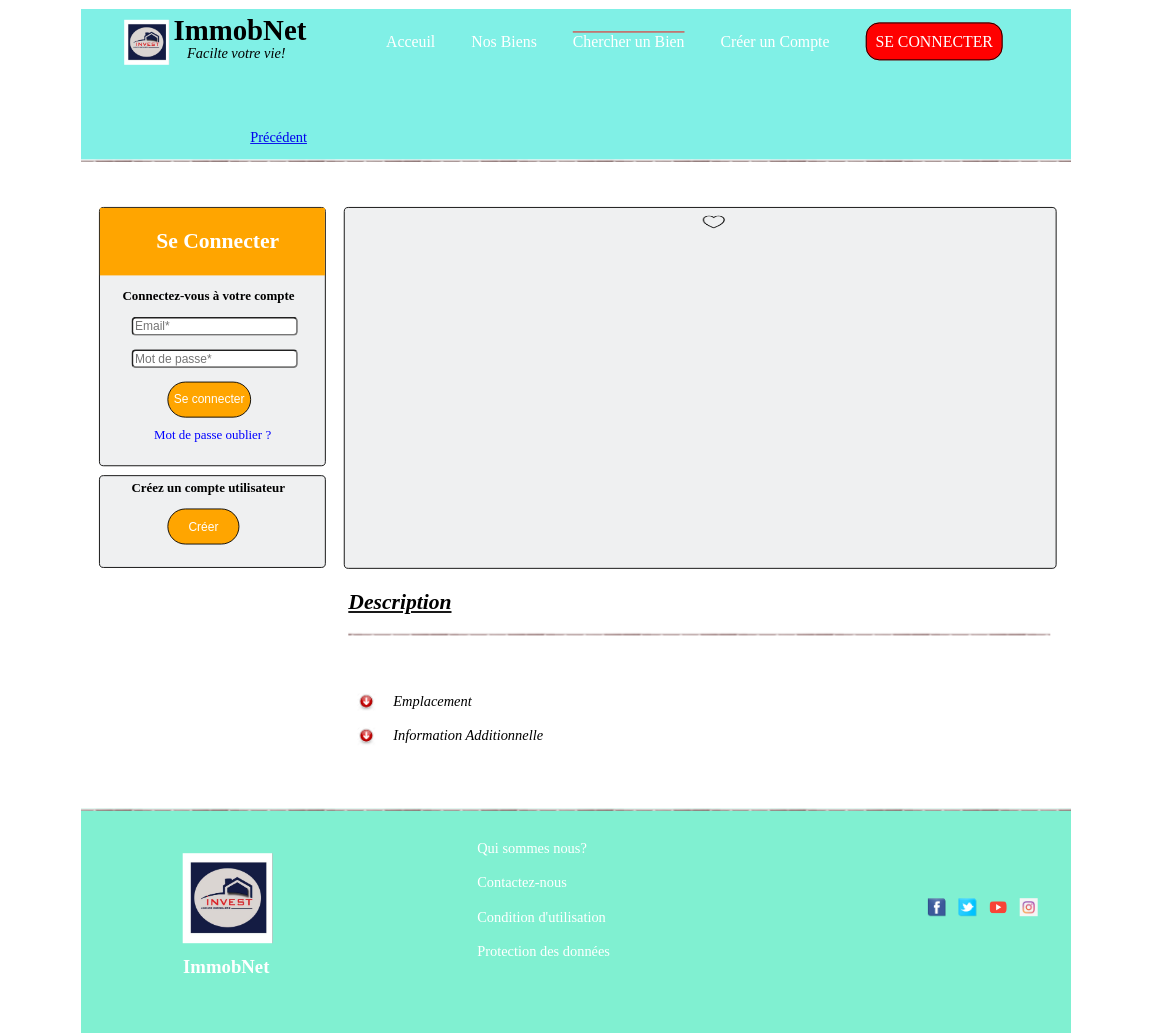
Repository: hassen-mnejja/Real_Estate_Agency_Website
Page: http://localhost/frontoffice/User2
An editor plug-in stored every save of this project. The page is shown before and after the next save, followed by the edit.
The browser window is 1280 px wide. The pictures show the whole page, at 90% of full size.
The page is served by Tomcat 9. Other server files are loaded and not shown.

Above is the page before, as saved 2020-06-26 15:24:54.

### frontoffice/WebContent/WEB-INF/plus_info.jsp
<%@ page pageEncoding="UTF-8" %>
<%@ taglib uri="http://java.sun.com/jsp/jstl/core" prefix="c" %>
<!DOCTYPE html>
<html>
    <head>
        <meta charset="utf-8" />
        <link rel="stylesheet" href="style30.css" />
        <title>Photo</title>
    </head>
    <body>


    <div id="bloc_page">
    <div id="premier">
            <header>
                <div id="logo">
                <img src="invest-image.png" title="Avec ImmobNet Trouvez ce que vous conviendrez" >
                <h1>ImmobNet</h1>
                <p>Facilte votre vie!</p>
                </div>
                <nav>
                    <ul>
                        <li><a href="Acceuil" >Acceuil</a></li>
                        <li><a href="#">Nos Biens </a>
                        <ul class="down">
                            <li><a href="Image?nombre=2">Maison</a></li>
                			<li><a href="Image?nombre=1">Appartement</a></li>
                			<li><a href="Image?nombre=3">Studio</a></li>
                            <li><a href="Image?nombre=4">Emplacement</a></li>
                        </ul></li>
                        <li><a href="Image"><span class="chercherbien"> Chercher un Bien</span></a></li>
                       <c:choose>
                		<c:when test="${id==0 }">
                		<li ><a href="Register" > Créer un Compte</a></li>

                		<li class="blanc"><a href="User" class="couleur"> SE CONNECTER</a></li>
                		</c:when>

                		<c:otherwise>

                		<li><a href="Visite"> Visiter Mon compte</a></li>
                		 <li class="blanc"><a href="Deconnexion" class="couleur"> SE Déconnecter</a></li>


                		</c:otherwise>
                		</c:choose>

                    </ul>
                </nav>
            </header>
            <div class="avant">
            <c:choose>
            <c:when test="${entrer==3 }">
            <a href="Listefavoris" style="margin-left:150px">Précédent</a>
            </c:when>
            <c:when test="${entrer==4 }">
            <a href="Favoris1?auto=1" style="margin-left:150px">Précédent</a>
            </c:when>
            <c:otherwise>
                    <a href="Favoris" style="margin-left:150px">Précédent</a>
            </c:otherwise>
            </c:choose>
            </div>

            </div>
    <section>
        <nav class="connecterr">


        <c:choose>
       <c:when test="${id==0 }">

       <form method="post" action="Test" id="one">
       <div class="seconnecter">
       <h1> Se Connecter</h1>
       </div>
       <h3>Connectez-vous à votre compte</h3>

       <input type="text" placeholder="Email*" class="email" name="email" required>


       <input type="password" placeholder="Mot de passe*" name="password" class="email" required>

       <input type="submit" value="Se connecter" id="submit" class="connect">

       <c:if test="${nb==0 }">

        <c:if test="${id==0 }"><span class="message">Login Fail</span></c:if></c:if>
       <div class="testa"><a href="#">Mot de passe oublier ?</a></div>



       </form>
       <form id="two">
       <h1> Créez un compte utilisateur </h1>
       <input type="submit" value="Créer" class="please">
       </form>
       </c:when>
       <c:otherwise>
       <div id="profil">

            <img src="http://localhost:8080/backoffice/Images/Client/${id }/${id }-1.jpg" class="pdp">
            <h1>Bienvenue !</h1>
            <h2>${prenom }</h2>
            <div class="dessous">
            <a href="#"><div class="un">Contacter-nous</div></a>
            <form>
                  <textarea rows="5" cols="35" class="texte"></textarea>
                  <button>Envoyer</button>
            </form>


            <a href="Listefavoris"> <div class="deux">Liste de souhait ? </div></a>

            </div>
      </div>
       </c:otherwise>
       </c:choose>
       </nav>
     <div>
    <div class="main">

    <c:if test="${b==0 }">
    <a href="User1"><img src="hearts.png" title="ajouter aux favoris"></a>
    </c:if>
    <c:if test="${r==0 }">
    <a href="User2"><img src="coeur-r.png" title="enlever de favoris"></a>
    </c:if>

    <div class="slidershow middle">
    <div class="slides">
      <c:forEach var="i" begin="1" end="${sessionScope.nombree }" step="1">
    	<input type="radio" name="r" id="r${i }">
    </c:forEach>
    	<c:forEach var="i" begin="1" end="${sessionScope.nombree }" step="1">
    	<div class="slide s${i }">
    		<img src="http://localhost:8080/backoffice/Images/Bien/${cliqued}/${cliqued }-${i}.jpg">
    	</div>
    	</c:forEach>

    </div>
    	<div class="navigation">
    	<c:forEach var="i" begin="1" end="${sessionScope.nombree }" step="1">
    		<label for="r${i }" class="bar" ></label>
    	</c:forEach>

    	</div>
    </div>
    </div>
    <div id="contient">
    <!--<c:choose>
    <c:when test="${id==0}}">-->
     <!--  <div class="vide" >
     </div>-->
    <!--   </c:when>
     <c:otherwise>
     <div class="vide1"></div>
     </c:otherwise>
     </c:choose>-->

     <div class="paragraphe">
     <div class="tete">
        <p> Description </p>
     </div>
     <!--  <h1> Résidence Latifa - Appartement S+3 A02- Rez-De-Chaussée</h1>-->
     <div class="photo">
    <!-- <img src="bain.png" title="salle de bain" id="bain" >

     <img src="lit.png" title ="lit">-->
     </div>

      <div class="describe">
        <!--  <div class="flex">
        <p>propriété pour ......<span class="espace"> Habitation</span></p>
        <p>Salle de bain .....<span class="espace"> 2</span></p>
        <p>Année de livraison ....<span class="espace"> 2020</span></p>

        </div>
        <div class="flex1" >
        <p class="marge"> Piéce ..... 4 </p>
        <p class="marge" >Superficie .... 100</p>
        <p class="marge">Place de Parking.....Non </p>
        </div>-->
        <p>${sessionScope.description }</p>
      </div>

      <input type="radio" name="c" id="c1">
      <input type="radio" name="c" id="c2">

      <label for="c1" class="barr"><img src="frb.jpg"><span  class="eb3ed"> Emplacement</span></label>
      <label for="c2" class="barr1" ><img src="frh.jpg" class="riguel"><span  class="eb3ed"> Emplacement</span></label>


      <div class="absent">

        <div>
        <!-- <p>Pays .......... Tunisie </p>-->
        <p>Etat/Region/Province ...... Gouvernorat de ${sessionScope.region } </p>
        <p>Ville ....... ${sessionScope.region }</p>
        <p>Quartier ....... ${numero} Rue ${rue} ${sessionScope.adresse }</p>
        <p>Indicatif régional ...... ${sessionScope.code}</p>
        </div>
      </div>
      <div class="titre">
       <input type="radio" name="cp" id="c3">
       <input type="radio" name="cp" id="c4" >

     <label for="c3" class="barr2"><img src="frb.jpg" class="riguel" ><span class="eb3ed"> Information Additionnelle</span></label>
     <label for="c4" class="barr3" ><img src="frh.jpg" class="riguel"><span class="eb3ed"> Information Additionnelle</span></label>
    <div class="absent1" >
    <div>
       <p>
        <p><span class="caract">Prix</span> :<c:if test="${modeoffre=='A Vendre' }"> ${prix }DT</c:if><c:if test="${modeoffre=='A Louer' }">${loyer }DT/mois</c:if> </p>
        <p><span class="caract"> Charges</span> : ${charges }DT/Trimestre</p>
        <p><span class="caract"> Date de disposition</span> : ${date }</p>
        <p><span class="caract"> Caution</span> : ${caution }DT/Trimestre </p>
        <c:if test="${empty condition }"><c:if test="${modeoffre=='A Louer' }"><p><span class="caract"> Etat</span> : ${etat } </p></c:if></c:if>
        <c:if test="${empty condition }"><c:if test="${modeoffre=='A Louer' }"><p><span class="caract"> Meublé</span> : ${meuble} </p></c:if></c:if>
        <c:if test="${empty condition} "><c:if test="${modeoffre=='A Louer' }"><p><span class="caract"> Type bail</span> : ${typebail }</p></c:if></c:if>
        <span class="caract"> Caractéristiques :</span>
           <c:if test="${sessionScope.typebien=='Maison'}">
            <div class="ligne">
            <img src="tick.png" >  Nombre de chambre :${sessionScope.more[0] }
            <br/><img src="tick.png" >   Nombre de Garages:${sessionScope.more[1] }
            <br/><img src="tick.png" > Nombre d'étages:${sessionScope.more[2] }
            <br/><img src="tick.png" > Superficie :${sessionScope.more[3] }m²
            <c:if test="${sessionScope.more[4]!=0}"><br/><img src="tick.png" > Superficie Jardin :${sessionScope.more[4] }m²</c:if>
            </div>
            </c:if>
            <c:if test="${sessionScope.typebien=='Appartement'}">
            <div class="ligne">
            <img src="tick.png" >  Nombre de chambre :${sessionScope.more[2] }
            <c:if test="${sessionScope.more[0]!=0 }"><br/><img src="tick.png" >   Nombre de Garages:${sessionScope.more[0] }</c:if>
            <br/><img src="tick.png" > Nombre d'étages:${sessionScope.more[4] }
            <br/><img src="tick.png" > Ascenceur :${sessionScope.more[1] }
            <br/><img src="tick.png" > Superficie :${sessionScope.more[3] }m²
            </div>
            </c:if>
            <c:if test="${sessionScope.typebien=='Emplacement'}">
            <div class="ligne">
            <img src="tick.png" >  Nombre de pieces :${sessionScope.more[1] }
            <br/><img src="tick.png" > Superficie :${sessionScope.more[0] }m²
            </div>
            </c:if>
            <c:if test="${sessionScope.typebien=='Entrepot'}">
            <div class="ligne">
            <img src="tick.png" >  Equipement :<c:forEach var="chaine" items="${equipement }"> <img src="tick.png" > ${chaine }</c:forEach>
            <br/><img src="tick.png" > Superficie :${sessionScope.more[0] }m²
            </div>
            </c:if>
            <c:if test="${sessionScope.typebien=='Studio'}">
            <div class="ligne">
            <img src="tick.png" >  Nombre d'étage :${sessionScope.more[0] }
            <br/><img src="tick.png" > Ascenseur :${sessionScope.more[1] }
            <br/><img src="tick.png" > Superficie :${sessionScope.more[2] }m²
            </div>
            </c:if>
            <c:if test="${sessionScope.typebien=='Terrain'}">
            <div class="ligne">
            <img src="tick.png" >  Affectation :${sessionScope.more[1] }
            <br/><img src="tick.png" > Superficie :${sessionScope.more[0] }m²
            </div>
            </c:if>
            <span class="caract"> Autres Caractéristiques :</span>
            <div><c:forEach var="listee" items="${ carac }">
            <br/><img src="tick.png" > ${listee }
            </c:forEach>
            </div>
        </p>
    </div>
    </div>
   </div>
    </div>
    </div>
    </div>
    </section>
    <div id="final">
            <footer>
                      <div class="element1">

                        <img src="invest-image.png" >
                        <h1> ImmobNet</h1>
                      </div>
                        <ul>
                              <li><a href="#"> Qui sommes nous?</a></li>
                              <li><a href="#">Contactez-nous</a></li>
                              <li><a href="#">Condition d'utilisation</a></li>
                              <li><a href="#"> Protection des données</a></li>
                        </ul>
                        <div class="element2">
                        <a href="#"><img src="facebook.png"></a>
                        <a href="#"><img src="twitter.png"></a>
                        <a href="#" class="youtube"><img src="you tube.png" ></a>
                        <a href="#"><img src="instagram.jpg"></a>
                      </div>
            </footer>
            </div>
    </div>
    </body>
 </html>

### frontoffice/src/com/please/User2.java
package com.please;

import java.io.IOException;

import javax.servlet.ServletException;
import javax.servlet.http.HttpServlet;
import javax.servlet.http.HttpServletRequest;
import javax.servlet.http.HttpServletResponse;

import com.stp.Favor;
import com.stp.Utilisateur;

/**
 * Servlet implementation class User2
 */
public class User2 extends HttpServlet {
	private static final long serialVersionUID = 1L;

	/**
	 * @see HttpServlet#HttpServlet()
	 */
	public User2() {
		super();
	}

	@Override
	protected void doGet(HttpServletRequest request, HttpServletResponse response) throws ServletException, IOException {
		Favor favor = new Favor();
		favor.effacer(Utilisateur.id, Utilisateur.bien);
		int b = 0;
		request.setAttribute("b", b);
		request.setAttribute("id", Utilisateur.id);
		request.setAttribute("prenom", Utilisateur.nom + " " + Utilisateur.prenom);
		this.getServletContext().getRequestDispatcher("/WEB-INF/plus_info.jsp").forward(request, response);
	}

	@Override
	protected void doPost(HttpServletRequest request, HttpServletResponse response) throws ServletException, IOException {

	}

}

### frontoffice/src/com/stp/Favor.java
package com.stp;

import java.sql.Connection;
import java.sql.DriverManager;
import java.sql.PreparedStatement;
import java.sql.ResultSet;
import java.sql.SQLException;
import java.sql.Statement;
import java.util.ArrayList;
import java.util.List;

import javax.servlet.http.HttpServletRequest;

public class Favor {
	private Connection connexion;
	private PreparedStatement st;
	private Statement stat;
	private ResultSet rs;

	private void loadDatabase() {

		try {
			Class.forName("com.mysql.jdbc.Driver");
		} catch (ClassNotFoundException e) {}

		try {
			String url = "jdbc:mysql://localhost:3306/agence?useUnicode=true&useJDBCCompliantTimezoneShift=true&useLegacyDatetimeCode=false&serverTimezone=UTC";

			connexion = DriverManager.getConnection(url, "root", "");
		} catch (SQLException e) {
			e.printStackTrace();
		}
	}

	public void inserer(HttpServletRequest request) {
		loadDatabase();
		int id_client = Utilisateur.id;
		String cliqued = request.getParameter("favoris");
		int id_bien = Integer.parseInt(cliqued);
		try {
			st = connexion.prepareStatement("insert into favoris(idbien,idclient)values(?,?)");
			st.setInt(1, id_bien);
			st.setInt(2, id_client);
			st.executeUpdate();
		} catch (SQLException e) {
			e.printStackTrace();
		} finally {
			// Fermeture de la connexion
			try {

				if (st != null)
					st.close();
				if (connexion != null)
					connexion.close();
				/*
				 * if (st1 != null) st.close();
				 */
			} catch (SQLException ignore) {
				ignore.printStackTrace();
			}
		}
	}

	public String Chercher(int id, int bien) {
		List<String> biens = new ArrayList<String>();
		loadDatabase();
		String ch = "";
		try {
			stat = connexion.createStatement();
			rs = stat.executeQuery("select id_bien , id_client from favoris ;");
			int i = 0;
			while (rs.next()) {
				biens.add(String.valueOf(rs.getInt(1)));
				biens.add(String.valueOf(rs.getInt(2)));
				if ((rs.getInt(1) == bien) && (rs.getInt(2) == id)) {
					i = 1;
					break;
				}
			}
			if (i == 0)
				ch = "non";
			else
				ch = "oui";

		} catch (SQLException e) {
			e.printStackTrace();
		} finally {
			// Fermeture de la connexion
			try {
				if (rs != null)
					rs.close();
				if (stat != null)
					stat.close();
				if (connexion != null)
					connexion.close();
				/*
				 * if (st1 != null) st.close();
				 */
			} catch (SQLException ignore) {
				ignore.printStackTrace();
			}
		}
		return ch;
	}

	public void inserer(int id, int bien) {

		loadDatabase();
		try {
			st = connexion.prepareStatement("insert into favoris(id_bien,id_client)values(?,?)");
			st.setInt(1, bien);
			st.setInt(2, id);
			st.executeUpdate();
		} catch (SQLException e) {
			e.printStackTrace();
		} finally {
			// Fermeture de la connexion
			try {

				if (st != null)
					st.close();
				if (connexion != null)
					connexion.close();
				/*
				 * if (st1 != null) st.close();
				 */
			} catch (SQLException ignore) {
				ignore.printStackTrace();
			}
		}
	}

	public void effacer(int id, int bien) {
		loadDatabase();
		try {

			st = connexion.prepareStatement("delete from favoris" + " where id_client=?" + " and id_bien=?;");
			st.setInt(1, id);
			st.setInt(2, bien);
			st.executeUpdate();
		} catch (SQLException e) {
			e.printStackTrace();
		} finally {
			// Fermeture de la connexion
			try {

				if (st != null)
					st.close();
				if (connexion != null)
					connexion.close();
				/*
				 * if (st1 != null) st.close();
				 */
			} catch (SQLException ignore) {
				ignore.printStackTrace();
			}
		}
	}

	public List<String> favoris(int id) {
		List<String> numbien = new ArrayList<String>();
		loadDatabase();
		String query = "select * from favoris where id_client=" + id + ";";
		try {
			stat = connexion.createStatement();
			rs = stat.executeQuery(query);
			while (rs.next()) {
				numbien.add(String.valueOf(rs.getInt("id_bien")));

			}

		} catch (SQLException e) {
			e.printStackTrace();
		}
		return numbien;
	}
}

### frontoffice/src/com/stp/Utilisateur.java
package com.stp;

import java.sql.Connection;
import java.sql.DriverManager;
import java.sql.PreparedStatement;
import java.sql.ResultSet;
import java.sql.SQLException;
import java.sql.Statement;
import java.util.ArrayList;
import java.util.List;

import javax.servlet.http.HttpServletRequest;

public class Utilisateur {
	public static int id;
	public static int bien;
	public static int entrer;
	public static String nom;
	public static String prenom;
	public static String email;
	public static String numtel;
	public static String password;
	public static List<String[]> listefavoris = new ArrayList<String[]>();
	private Connection connexion;
	private Statement st;
	private ResultSet rs;

	private void loadDatabase() {

		try {
			Class.forName("com.mysql.jdbc.Driver");
		} catch (ClassNotFoundException e) {}

		try {
			String url = "jdbc:mysql://localhost:3306/agence?useUnicode=true&useJDBCCompliantTimezoneShift=true&useLegacyDatetimeCode=false&serverTimezone=UTC";

			connexion = DriverManager.getConnection(url, "root", "");
		} catch (SQLException e) {
			e.printStackTrace();
		}
	}

	public int identifiant(HttpServletRequest request) {
		String emaile = request.getParameter("email");
		String passworde = request.getParameter("password");
		loadDatabase();
		try {
			st = connexion.createStatement();
			rs = st.executeQuery("select * from client c where " + "c.email='" + emaile + "'" + " AND c.password='" + passworde + "';");
			if (rs != null) {
				rs.next();
				id = rs.getInt("idclient");
				prenom = rs.getString("prenom");
				nom = rs.getString("nom");
				password = rs.getString("password");
				email = rs.getString("email");
				numtel = rs.getString("numtel");

			} else
				id = 0;
		} catch (SQLException e) {
			e.printStackTrace();
		} finally {
			// Fermeture de la connexion
			try {
				if (rs != null)
					rs.close();
				if (st != null)
					st.close();
				if (connexion != null)
					connexion.close();
				/*
				 * if (st1 != null) st.close();
				 */
			} catch (SQLException ignore) {
				ignore.printStackTrace();
			}

		}
		return id;
	}

	public void addClient(HttpServletRequest request) {
		loadDatabase();

		try {
			PreparedStatement ps = connexion.prepareStatement("insert into client(nom,prenom,username,password,email,numtel) values(?,?,?,?,?,?)");
			/* ps.setString(1,null); */
			String email = request.getParameter("email");
			String pwd1 = request.getParameter("pwd1");
			String nom = request.getParameter("nom");
			String prenom = request.getParameter("prenom");
			String user = request.getParameter("user");
			String tel = request.getParameter("num");
			this.prenom = prenom;
			this.email = email;
			this.password = pwd1;
			this.nom = nom;
			this.numtel = tel;
			ps.setString(1, nom);
			ps.setString(3, user);
			ps.setString(2, prenom);
			ps.setString(4, pwd1);
			ps.setString(5, email);
			ps.setString(6, tel);
			ps.executeUpdate();
		} catch (SQLException e) {

			e.printStackTrace();

		}
	}

	public int dernierligne() {
		loadDatabase();
		int i = 0;
		try {
			st = connexion.createStatement();
			rs = st.executeQuery("select * from client ;");

			while (rs.next())
				i = i + 1;
		} catch (SQLException e) {
			e.printStackTrace();
		}

		return i;
	}

	public boolean UpdateClient(HttpServletRequest request) {
		loadDatabase();
		boolean flag = false;
		String sql = "update client set password=?,username=?,numtel=?,nom=?,prenom=?,email=? where idclient=?";
		try {
			PreparedStatement ps = connexion.prepareStatement(sql);

			ps.setString(1, request.getParameter("pswd"));
			ps.setString(3, request.getParameter("num"));
			ps.setString(4, request.getParameter("nom"));
			ps.setString(5, request.getParameter("prenom"));
			ps.setString(6, request.getParameter("email"));
			ps.setInt(7, id);
			if (ps.executeUpdate() > 0) {
				flag = true;

			}
			ps.close();
		} catch (SQLException e) {
			// TODO: handle exception
			e.printStackTrace();
		}
		return flag;

	}
}

Loaded but not shown: frontoffice/WebContent/style30.css (676 lines, source omitted)

After the next save:
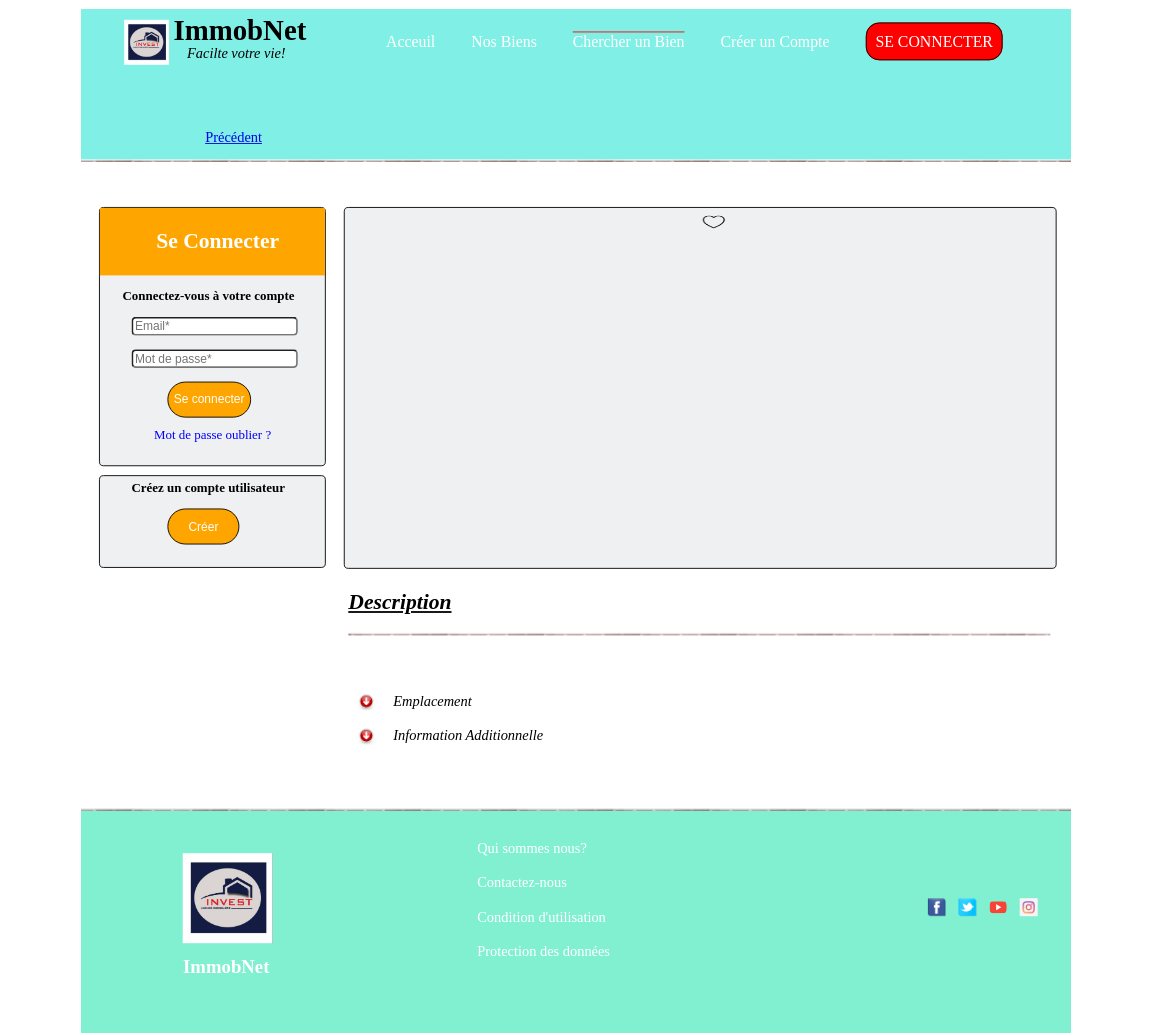
Saved 18 s later.
--- a/frontoffice/WebContent/WEB-INF/plus_info.jsp
+++ b/frontoffice/WebContent/WEB-INF/plus_info.jsp
@@ -51,13 +51,13 @@
             <div class="avant">
             <c:choose>
             <c:when test="${entrer==3 }">
-            <a href="Listefavoris" style="margin-left:150px">Précédent</a>
+            <a href="Listefavoris" style="margin-left:100px">Précédent</a>
             </c:when>
             <c:when test="${entrer==4 }">
-            <a href="Favoris1?auto=1" style="margin-left:150px">Précédent</a>
+            <a href="Favoris1?auto=1" style="margin-left:100px">Précédent</a>
             </c:when>
             <c:otherwise>
-                    <a href="Favoris" style="margin-left:150px">Précédent</a>
+                    <a href="Favoris" style="margin-left:100px">Précédent</a>
             </c:otherwise>
             </c:choose>
             </div>
